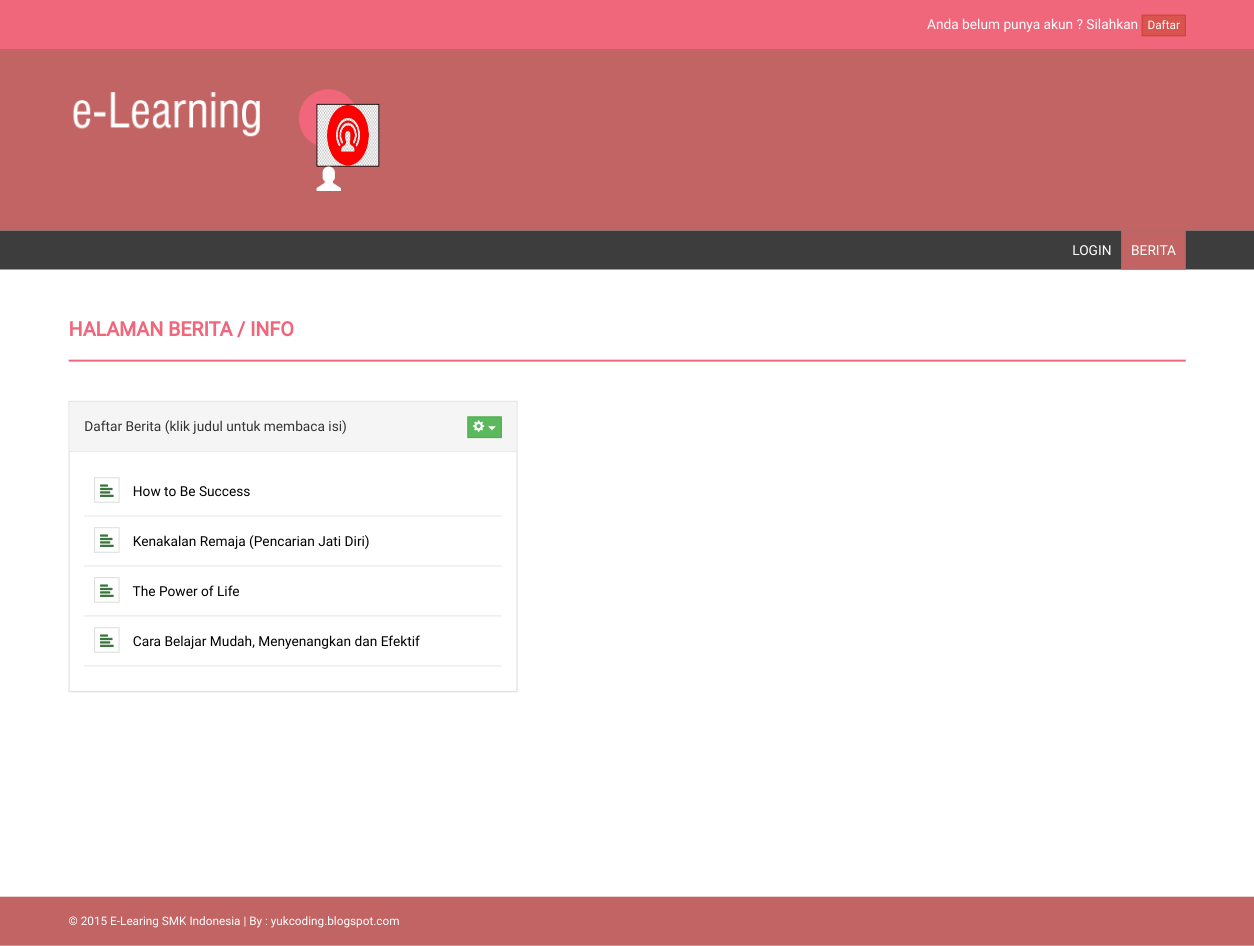
Repository: ramdanriawan/elearning-bangasep
Page: http://localhost/?page=berita
An editor plug-in stored every save of this project. The page is shown before and after the next save, followed by the edit.
The browser window is 1280 px wide. The pictures show the whole page, at 98% of full size.
The page is run by PHP 8.4 with error messages shown; the project is at /var/www/html/. The database holds what the project's SQL file puts in it.

Above is the page before, as saved 2020-04-12 00:14:44.

After the next save:
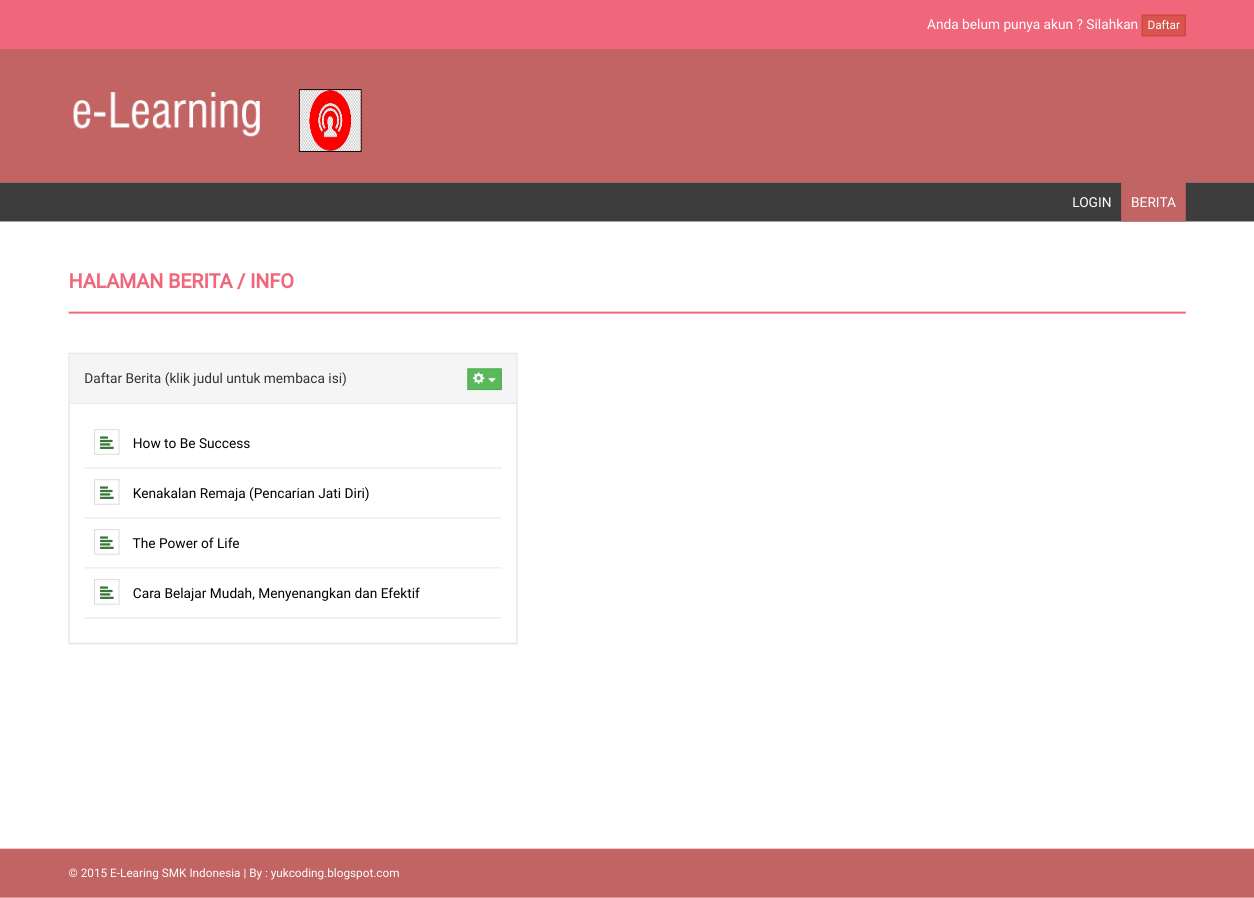
Saved 60 s later.
--- a/login.php
+++ b/login.php
@@ -41,10 +41,8 @@ $db = mysqli_connect("localhost", "lomx1822_e_learning", "lomx1822_e_learning",
                 <div class="user-settings-wrapper">
                     <ul class="nav">
                         <li class="dropdown">
-                            <a class="dropdown-toggle">
-                                <img src="img/logo.jpeg" alt="" width=60 height=>
-                                <span class="glyphicon glyphicon-user" style="font-size: 25px;"></span>
-                            </a>
+                                <img src="img/logo.jpeg" alt="" width=40 height=60>
+
                         </li>
                     </ul>
                 </div>
